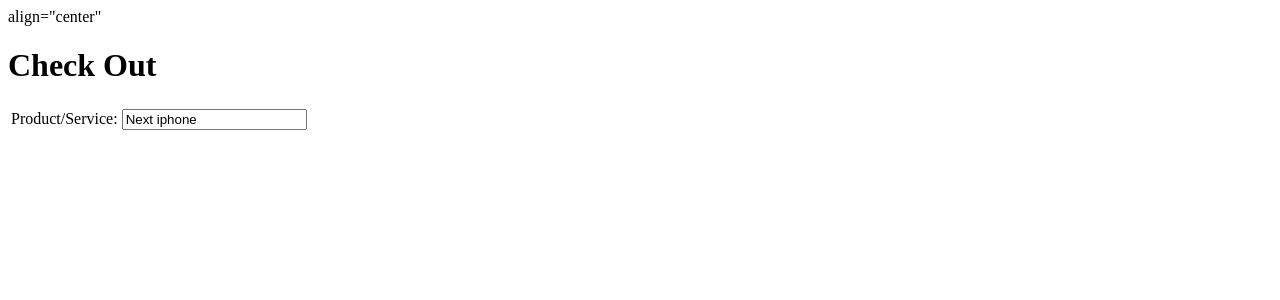
Repository: ThimeshaMindaka/PAFF
Page: PayPalTest/src/main/webapp/checkout.html
The author's editor kept a copy of each file at every save. The page is drawn from the files as they stood at one save, then again after the next save.
The browser window is 1280 px wide. The pictures show the whole page.

Above is the page before, as saved 2022-05-13 18:31:56.

After the next save:
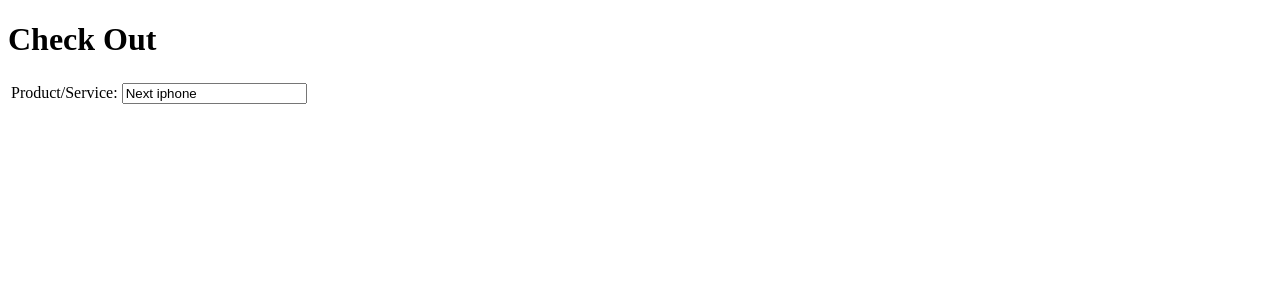
Saved 27 min 22 s later.
--- a/PayPalTest/src/main/webapp/checkout.html
+++ b/PayPalTest/src/main/webapp/checkout.html
@@ -5,7 +5,7 @@
 <title>Check Out</title>
 </head>
 <body>
-<div> align="center"</div>
+<div align="center"> </div>
 		<h1>Check Out</h1>
 		<form action="authorize_payment" method="post">
 		<table>
